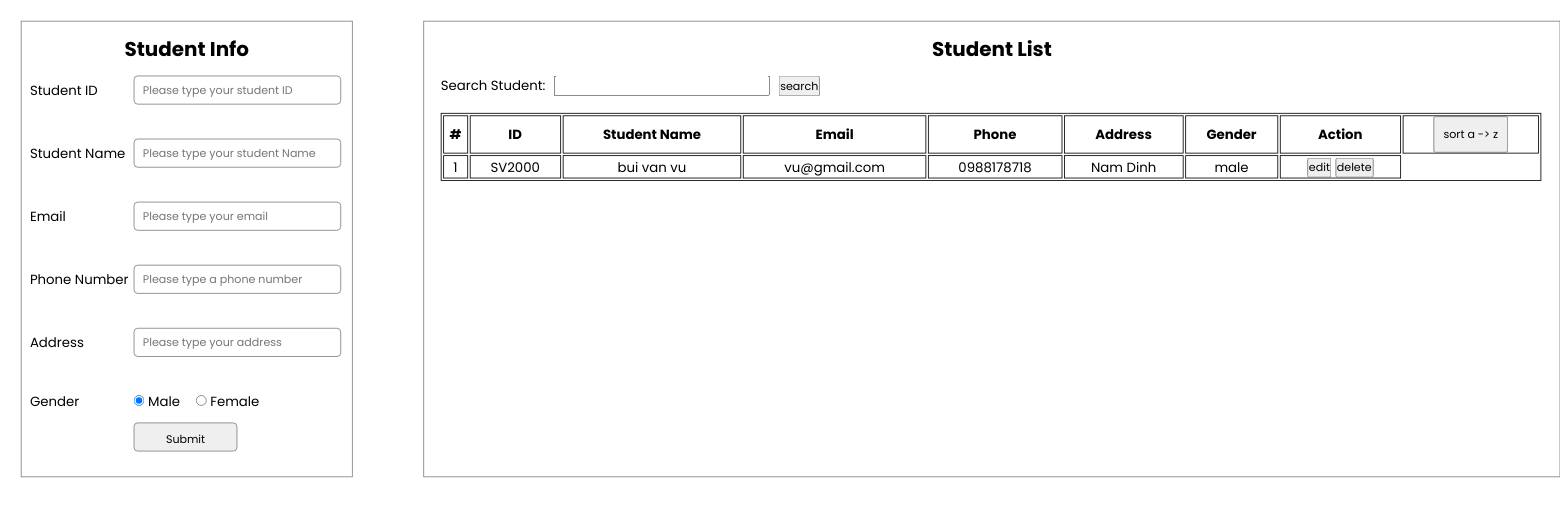
Repository: sSoRaK/ex-session15-dom-event
Page: ex-dom-event/student-management.html
The author's editor kept a copy of each file at every save. The page is drawn from the files as they stood at one save, then again after a run of saves.
The browser window is 1280 px wide. The page is 1880 px wide, so the pictures cover 1880 px, including what lies to the right of the window. The pictures show the whole page, at 83% of full size.

Above is the page before, as saved 2023-06-24 20:31:45.

### ex-dom-event/student-management.html
<!DOCTYPE html>
<html lang="en">
  <head>
    <meta charset="UTF-8" />
    <meta name="viewport" content="width=device-width, initial-scale=1.0" />
    <title>Student Management</title>
    <link rel="preconnect" href="https://fonts.googleapis.com" />
    <link rel="preconnect" href="https://fonts.gstatic.com" crossorigin />
    <link
      href="https://fonts.googleapis.com/css2?family=Poppins:ital,wght@0,100;0,200;0,300;0,400;0,500;0,600;0,700;0,800;0,900;1,100;1,200;1,300;1,400;1,500;1,600;1,700;1,800;1,900&display=swap"
      rel="stylesheet"
    />
    <link rel="stylesheet" href="./style/style.css" />
  </head>
  <body>
    <div class="left-side">
      <h2>Student Info</h2>
      <form action="#" class="form-student">
        <label for="student-id" id="label-id">Student ID</label>
        <input
          type="text"
          name="student-name"
          id="student-id"
          placeholder="Please type your student ID"
        />
        <div class="error error-row1"></div>
        <label for="student-name" id="label-name">Student Name</label>
        <input
          type="text"
          name="student-name"
          id="student-name"
          placeholder="Please type your student Name"
        />
        <div class="error error-row2"></div>
        <label for="student-email" id="label-email">Email</label>
        <input
          type="email"
          name="student-email"
          id="student-email"
          placeholder="Please type your email"
        />
        <div class="error error-row3"></div>
        <label for="student-phone_number" id="label-phone_number"
          >Phone Number</label
        >
        <input
          type="number"
          name="student-phone_number"
          id="student-phone_number"
          placeholder="Please type a phone number"
        />
        <div class="error error-row4"></div>
        <label for="student-address" id="label-address">Address</label>
        <input
          type="text"
          name="student-address"
          id="student-address"
          placeholder="Please type your address"
        />
        <div class="error error-row5"></div>
        <span class="gender">Gender</span>
        <div class="gender-wrapper">
          <input type="radio" name="gender" id="male" checked />
          <label for="male">Male</label>
          <input type="radio" name="gender" id="female" />
          <label for="female">Female</label>
        </div>
        <input type="submit" value="Submit" class="btn-submit" />
      </form>
    </div>
    <div class="right-side">
      <h2>Student List</h2>
      <form action="#" class="searching-bar">
        <span>Search Student:</span>
        <input
          type="text"
          name="search-student_name"
          id="search-student_name"
        />
        <button class="btn-search">search</button>
      </form>
      <table class="table-student">
        <thead>
          <tr>
            <th>#</th>
            <th>ID</th>
            <th>Student Name</th>
            <th>Email</th>
            <th>Phone</th>
            <th>Address</th>
            <th>Gender</th>
            <th>Action</th>
            <th>
              <button class="btn-sort">sort a -> z</button>
            </th>
          </tr>
        </thead>
        <tbody id="student-info"></tbody>
      </table>
    </div>
    <script src="./app/app.js"></script>
  </body>
</html>

### ex-dom-event/style/style.css
* {
  padding: 0;
  margin: 0;
  box-sizing: border-box;
  font-family: "Poppins", sans-serif;
}
body {
  display: grid;
  grid-template-columns: repeat(4, 400px);
  grid-template-rows: repeat(1, 550px);
  gap: 85px;
  margin: 25px;
}
/* left side student info */
.left-side {
  border: 1px solid gray;
  grid-column: 1/2;
}
.left-side h2,
.right-side h2 {
  text-align: center;
  margin: 15px 0;
}
.form-student {
  margin: 0 10px;
  display: grid;
  grid-template-columns: repeat(3, 125px);
  grid-template-rows: repeat(13, 35px);
  row-gap: 3px;
}
.error{
  font-size: 13px;
}
.form-student input {
  border: 0.5px solid gray;
  border-radius: 5px;
}
#label-id {
  grid-column: 1/2;
  grid-row: 1/2;
  line-height: 35px;
}
#student-id {
  grid-column: 2/4;
  grid-row: 1/2;
  padding-left: 10px;
}
.error-row1{
  grid-column: 2/4;
  grid-row: 2/3;
}
#label-name {
  grid-column: 1/2;
  grid-row: 3/4;
  line-height: 35px;
}
#student-name {
  grid-column: 2/4;
  grid-row: 3/4;
  padding-left: 10px;
}
.error-row2{
  grid-column: 2/4;
  grid-row: 4/5;
}
#label-email {
  grid-column: 1/2;
  grid-row: 5/6;
  line-height: 35px;
}
#student-email {
  grid-column: 2/4;
  grid-row: 5/6;
  padding-left: 10px;
}
.error-row3{
  grid-column: 2/4;
  grid-row: 6/7;
}
#label-phone_number {
  grid-column: 1/2;
  grid-row: 7/8;
  line-height: 35px;
}
input::-webkit-outer-spin-button,
input::-webkit-inner-spin-button {
  -webkit-appearance: none;
  margin: 0;
}
#student-phone_number {
  grid-column: 2/4;
  grid-row: 7/8;
  padding-left: 10px;
}
.error-row4{
  grid-column: 2/4;
  grid-row: 8/9;
}
#label-address {
  grid-column: 1/2;
  grid-row: 9/10;
  line-height: 35px;
}
#student-address {
  grid-column: 2/4;
  grid-row: 9/10;
  padding-left: 10px;
}
.error-row5{
  grid-column: 2/4;
  grid-row: 10/11;
}
.gender {
  grid-column: 1/2;
  grid-row: 11/12;
}
.gender-wrapper {
  grid-column: 2/4;
  grid-row: 11/12;
}
.gender-wrapper label[for="male"] {
  margin-right: 15px;
}
.btn-submit {
  grid-column: 2/3;
  grid-row: 12/13;
  padding: 10px 0;
}

/* right side student list */
.right-side {
  border: 1px solid gray;
  grid-column: 2/5;
}
.right-side .searching-bar {
  margin-left: 20px;
  display: flex;
  gap: 10px;
}
.table-student,
th,
tr,
td {
  border: 1px solid;
  /* border-collapse: collapse; */
  margin: 20px;
  width: calc(100% - 42px);
}
.btn-sort {
  padding: 10px;
}

#student-info tr td {
  text-align: center;
}
.error {
  visibility: hidden;
}
.error-row1 {
  grid-row: 2;
}
.display-error {
  color: red;
  visibility: visible;
}
.btn-edit,
.btn-delete,
.btn-submit,
.btn-sort,
.btn-search {
  cursor: pointer;
}

### ex-dom-event/app/app.js
// tạo 1 mảng rỗng 2 chiều với phần tử là 1 mảng chứa các thông tin tương ứng của mỗi sinh viên
let studentList = [
  ["SV2000", "bui van vu", "vu@gmail.com", "0988178718", "Nam Dinh", "male"],
];
let action = "create";
// Lấy dữ liệu từ form -> table: Read
function renderData() {
  // truy cập đến tbody
  let tbody = document.getElementById("student-info");
  // đặt giá trị ban đầu tbody = "", để tránh dữ liệu cũ còn tồn tại
  tbody.innerHTML = "";
  for (let i = 0; i < studentList.length; i++) {
    // truyền vào tbody dưới dạng String Template
    tbody.innerHTML += `<tr>
                          <td>${i + 1}</td>
                          <td>${studentList[i][0]}</td>
                          <td>${studentList[i][1]}</td>
                          <td>${studentList[i][2]}</td>
                          <td>${studentList[i][3]}</td>
                          <td>${studentList[i][4]}</td>
                          <td>${studentList[i][5]}</td>
                          <td>
                              <button onclick="editData('${
                                studentList[i][0]
                              }')" class="btn-edit">edit</button>
                              <button onclick="deleteData('${
                                studentList[i][1]
                              }')" class="btn-delete">delete</button>
                          </td>
                    </tr>`;
  }
}
// Khi trình duyệt load thì sẽ load dữ liệu student và hiển thị trên table
document.onload = renderData();

// query element (create gol)
const studentId = document.querySelector("#student-id");
const studentName = document.querySelector("#student-name");
const studentEmail = document.querySelector("#student-email");
const studentPhoneNumber = document.querySelector("#student-phone_number");
const studentAddress = document.querySelector("#student-address");
const studentGender = document.querySelector("input[name='gender']:checked");

const errorElement = document.querySelectorAll(".error");

const btnSubmit = document.querySelector(".btn-submit");

// Validate: xác thực khi thêm create hoặc update
// function check validate each <input>
function validateForm() {
  // Lấy dữ liệu từ Form và Thực hiện validate từng input, nếu thỏa -> true, không thỏa -> báo lỗi (false)
  let idValidate = false;
  let nameValidate = false;
  let emailValidate = false;
  let phoneValidate = false;
  let addressValidate = false;
  let emailPattern = /^\w+([\.-]?\w+)*@\w+([\.-]?\w+)*(\.\w{2,3})+$/; // regex pattern: mẫu quy định
  let phonePattern = /(84|0[3|5|7|8|9])+([0-9]{8})\b/g;
  // check validate studentId
  if (studentId.value.length == 0) {
    errorElement[0].textContent = "* Please type your ID";
    errorElement[0].classList.add("display-error");
  } else if (studentId.value.length < 6 || studentId.value.length > 20) {
    errorElement[0].textContent = "* Your ID must be 6 - 20 characters";
    errorElement[0].classList.add("display-error");
  } else {
    errorElement[0].classList.remove("display-error");
    idValidate = true;
  }

  // check validate studentName
  if (studentName.value == "") {
    errorElement[1].textContent = "* Please type your name";
    errorElement[1].classList.add("display-error");
  } else {
    errorElement[1].classList.remove("display-error");
    nameValidate = true;
  }

  // check validate studentEmail
  if (studentEmail.value.length == "") {
    errorElement[2].textContent = "* Please type your email";
    errorElement[2].classList.add("display-error");
  } else if (!studentEmail.value.match(emailPattern)) {
    errorElement[2].textContent = "* You have entered email invalid";
    errorElement[2].classList.add("display-error");
  } else {
    errorElement[2].classList.remove("display-error");
    emailValidate = true;
  }

  // check validate studentPhoneNumber
  if (studentPhoneNumber.value.length == "") {
    errorElement[3].textContent = "* Please type your phone number";
    errorElement[3].classList.add("display-error");
  } else if (!studentPhoneNumber.value.match(phonePattern)) {
    errorElement[3].textContent = "* You have entered phone number invalid";
    errorElement[3].classList.add("display-error");
  } else {
    errorElement[3].classList.remove("display-error");
    phoneValidate = true;
  }

  // check validate studentAddress
  if (studentAddress.value.length == "") {
    errorElement[4].textContent = "* Please type your address";
    errorElement[4].classList.add("display-error");
  } else {
    errorElement[4].classList.remove("display-error");
    addressValidate = true;
  }

  // check validate each input as True or False
  if (
    idValidate &&
    nameValidate &&
    emailValidate &&
    phoneValidate &&
    addressValidate
  ) {
    return true;
  }
  return false;
}

// Lấy dữ liệu từ Form sau khi submit, tạo table và insert studentList
// create new student from FORM and take to value studentList, insert to table
function createData() {
  // tạo mảng gồm các thông tin của học sinh - create array have element as student info
  const newStudent = [
    studentId.value,
    studentName.value,
    studentEmail.value,
    studentPhoneNumber.value,
    studentAddress.value,
    studentGender.value,
  ];
  studentList.push(newStudent);
  renderData();
  resetForm(); // clear form after submit
}

// reset form after submit or update, create newStudent to table
function resetForm() {
  studentId.value = "";
  studentName.value = "";
  studentEmail.value = "";
  studentPhoneNumber.value = "";
  studentAddress.value = "";
  document.getElementById("male").checked = true;
}

// create event for btn-submit
// event : e
btnSubmit.addEventListener("click", (e) => {
  e.preventDefault(); // after click button submit, prevent "FORM" re-load
  const checkValidForm = validateForm();
  if (checkValidForm) {
    if (action == "create") {
      // push dữ liệu vào table
      createData();
    } else {
      // Thực hiện update sinh viên
      updateFormStudent();
    }
  }
});
// lấy thông tin học sinh thông qua studentID
// 1. Duyệt qua studentList để lấy studentID
function getStudentId(studentId) {
  for (let index = 0; index < studentList.length; index++) {
    if (studentId == studentList[index][0]) return index;
  }
  return -1;
}
// 2.
function editData(studentID) {
  // 1. lấy chỉ số sinh viên trong mảng
  let index = getStudentId(studentID);
  if (index >= 0) {
    // 2. fill thông tin sinh viên qua form
    studentId.value = studentList[index][0];
    studentName.value = studentList[index][1];
    studentEmail.value = studentList[index][2];
    studentPhoneNumber.value = studentList[index][3];
    studentAddress.value = studentList[index][4];
    if (studentList[index][5] == "male") {
      document.getElementById("male").checked = true;
    } else {
      document.getElementById("female").checked = true;
    }
    // sau khi edit, thay giá trị action
    action = "edit";
    studentId.readOnly = true;
    studentId.style.outline = "none";
    studentId.style.cursor = "unset";
    studentId.style.caretColor = "transparent";
  }
}
// Update
function updateFormStudent() {
  const studentUpdate = [
    studentId.value,
    studentName.value,
    studentEmail.value,
    studentPhoneNumber.value,
    studentAddress.value,
    studentGender.value,
  ];

  //find Index dua ma code cua sinh vien
  const indexStudent = getStudentId(studentId.value);

  studentList[indexStudent] = studentUpdate;
  renderData();
  action = "create";
  resetForm();
  studentId.readOnly = false;
  studentId.style.cursor = "text";
  studentId.style.caretColor = "black";
}

function deleteData(studentID) {
  let isCheckRemove = confirm("Bạn có muốn xóa hay không?");
  if (isCheckRemove) {
    const indexDeleteStudent = getStudentId(studentID);
    studentList.splice(indexDeleteStudent, 1);
    renderData();
  }
}

After the next 2 saves:
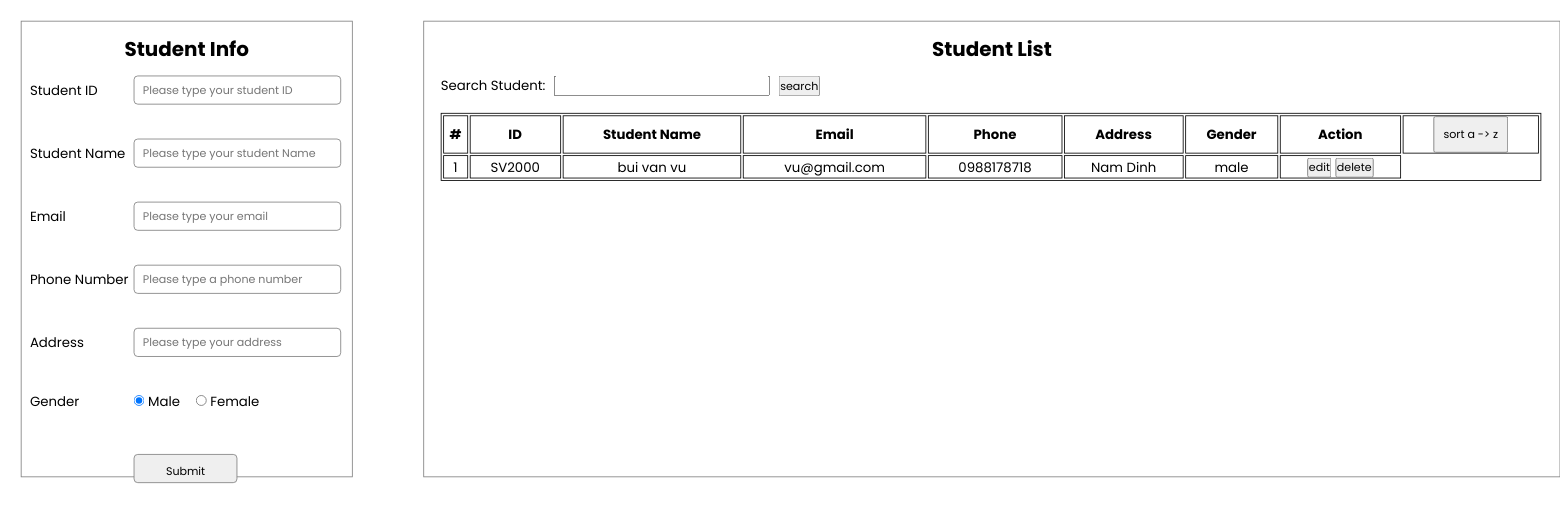
The 2 saves are shown as one change because they came seconds apart.
The last was saved 78 s later.
--- a/ex-dom-event/style/style.css
+++ b/ex-dom-event/style/style.css
@@ -123,7 +123,7 @@
 }
 .btn-submit {
   grid-column: 2/3;
-  grid-row: 12/13;
+  grid-row: 13/14;
   padding: 10px 0;
 }
 

After the 2 saves that followed:
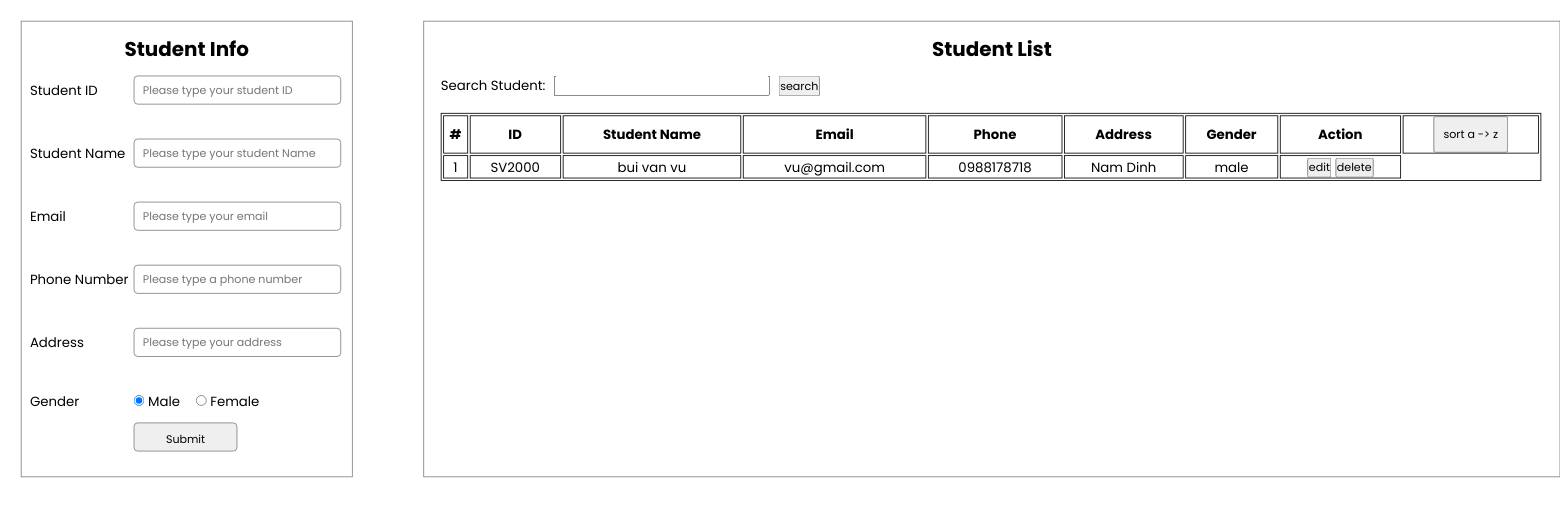
The 2 saves are shown as one change because they came seconds apart.
The last was saved 21 s later.
--- a/ex-dom-event/style/style.css
+++ b/ex-dom-event/style/style.css
@@ -123,7 +123,7 @@
 }
 .btn-submit {
   grid-column: 2/3;
-  grid-row: 13/14;
+  grid-row: 12/13;
   padding: 10px 0;
 }
 
